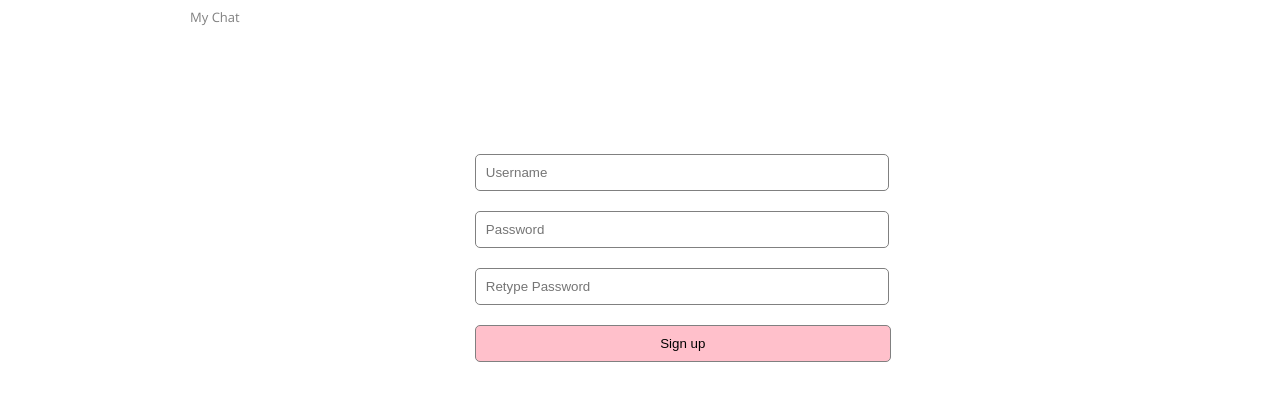
Repository: chathura226/SeekWork_Group_Project_I
Page: http://localhost/signup.php
The author's editor kept a copy of each file at every save. The page is drawn from the files as they stood at one save, then again after the next save.
The browser window is 1280 px wide. The pictures show the whole page.
The page is run by PHP 8.4 with error messages shown; the project is at /var/www/html/.

Above is the page before, as saved 2023-12-05 20:49:03.
Console error: TypeError: Cannot read properties of null (reading 'addEventListener')

After the next save:
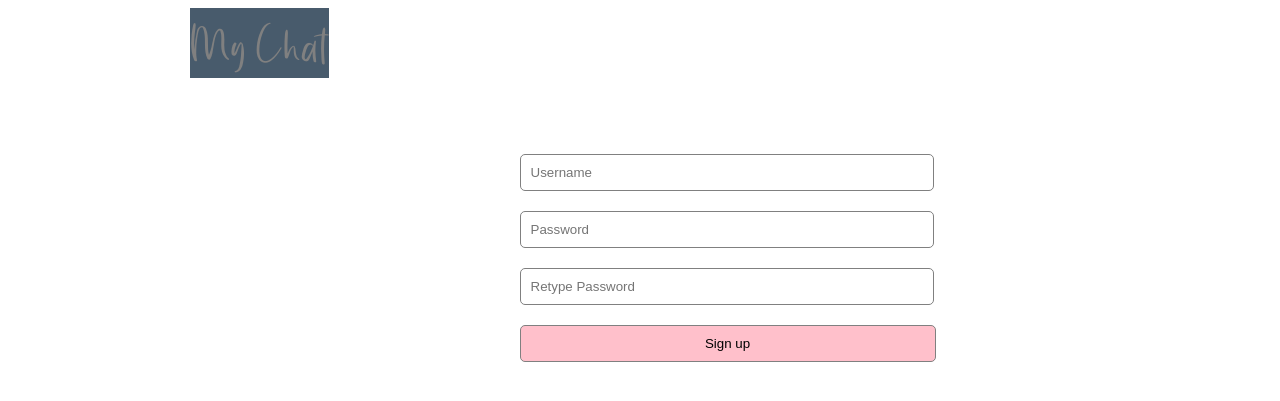
Saved 72 s later.
--- a/chat/signup.php
+++ b/chat/signup.php
@@ -50,12 +50,22 @@
             cursor: pointer;
         }
 
+        #header{
+            background-color: #485b6c;
+            height: 70px;
+            font-size:40px;
+            text-align:center;
+            font-family:headFont;
+
+
+        }
+
 
     </style>
     <body>
         <div id="wrapper">
 
-        <div>My Chat</div>
+        <div id="header">My Chat</div>
 
             <form>
                 <input type="text"  name="username" placeholder="Username"><br>
